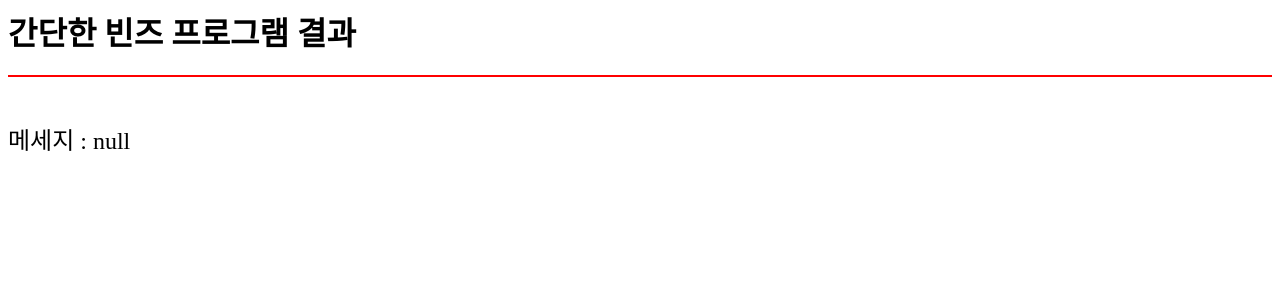
Repository: tomaters/servlets-JSP
Page: http://localhost/jsptest/sample/simpleBeans.jsp
An editor plug-in stored every save of this project. The page is shown before and after the next save, followed by the edit.
The browser window is 1280 px wide. The pictures show the whole page.
The page is served by Tomcat 10.

Above is the page before, as saved 2023-12-01 05:28:17.

After the next save:
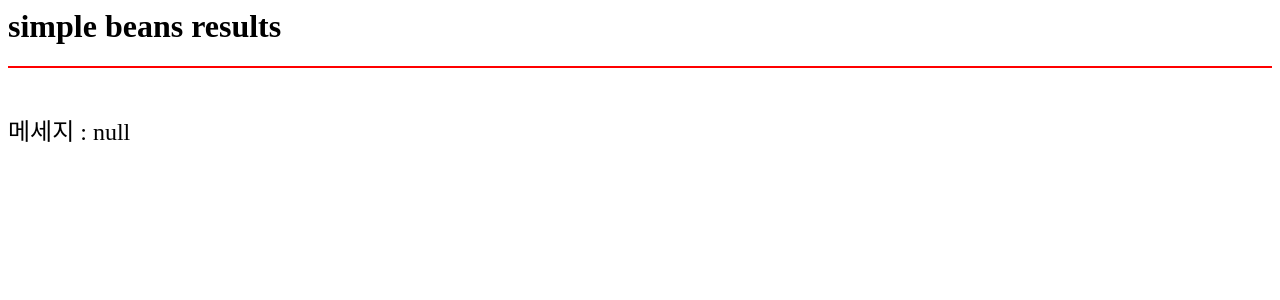
Saved 7 s later.
--- a/jsptest/src/main/webapp/sample/simpleBeans.jsp
+++ b/jsptest/src/main/webapp/sample/simpleBeans.jsp
@@ -10,7 +10,7 @@
 <jsp:setProperty name="msg" property="message"/>
 <%-- msg.setMessage(?); --%>
 
-<h1>간단한 빈즈 프로그램 결과</h1>
+<h1>simple beans results</h1>
 <hr color="red"></hr><br></br>
 <font size="5">
 메세지 : <jsp:getProperty name="msg" property="message"/>
